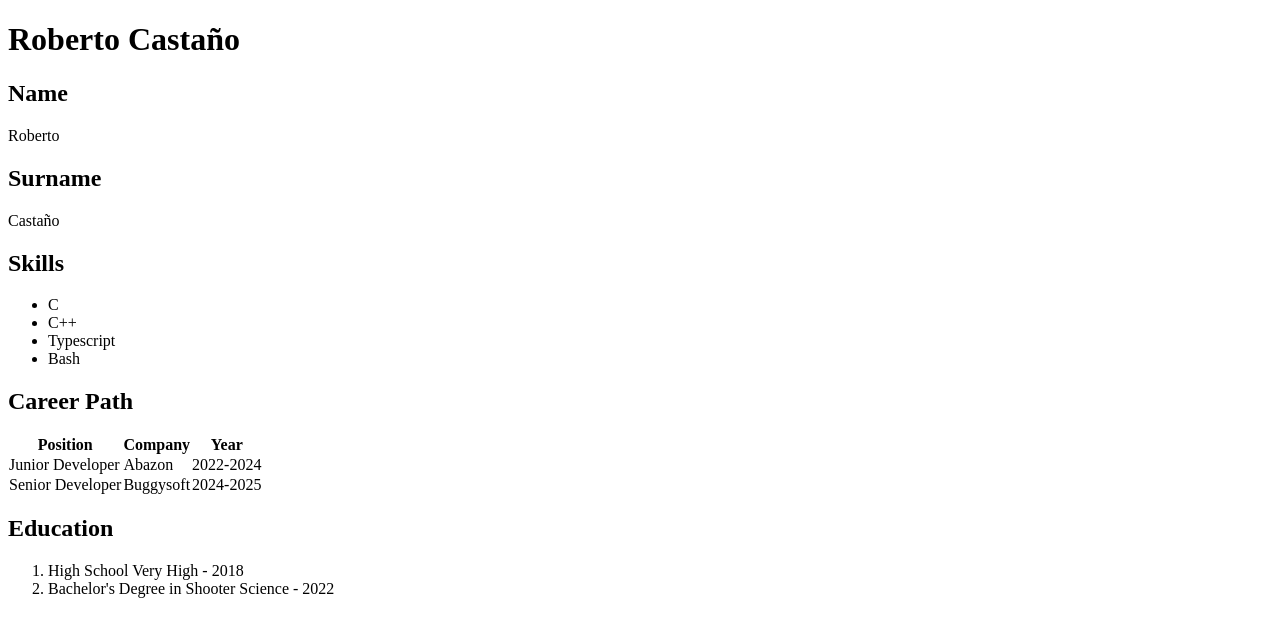
Repository: cronopi/django
Page: Training-Python-Django-0 1/ex01/cv.html
These files come from the project's save history. The page is drawn as it stood at one moment and after the next save; the edit follows.
The browser window is 1280 px wide. The pictures show the whole page.

Above is the page before, as saved 2026-03-10 12:42:14.

### Training-Python-Django-0 1/ex01/cv.html
<!DOCTYPE html>
<html>

<head>
	<title>Resume - Roberto Castaño</title>
	<style>
		table {
			border-collapse: collapse;
			border 1px solid black;
		}
	</style>
</head>

<body>
	<h1>Roberto Castaño</h1>

	<h2>Name</h2>
	<p>Roberto</p>
	<h2>Surname</h2>
	<p>Castaño</p>

	<h2>Skills</h2>
	<ul>
		<li>C</li>
		<li>C++</li>
		<li>Typescript</li>
		<li>Bash</li>
	</ul>

	<h2>Career Path</h2>
	<table>
		<tr>
			<th>Position</th>
			<th>Company</th>
			<th>Year</th>
		</tr>
		<tr>
			<td>Junior Developer</td>
			<td>Abazon</td>
			<td>2022-2024</td>
		</tr>
		<tr>
			<td>Senior Developer</td>
			<td>Buggysoft</td>
			<td>2024-2025</td>
		</tr>
	</table>

	<h2>Education</h2>
	<ol>
		<li>High School Very High - 2018</li>
		<li>Bachelor's Degree in Shooter Science - 2022</li>
	</ol>

</body>

</html>

After the next save:
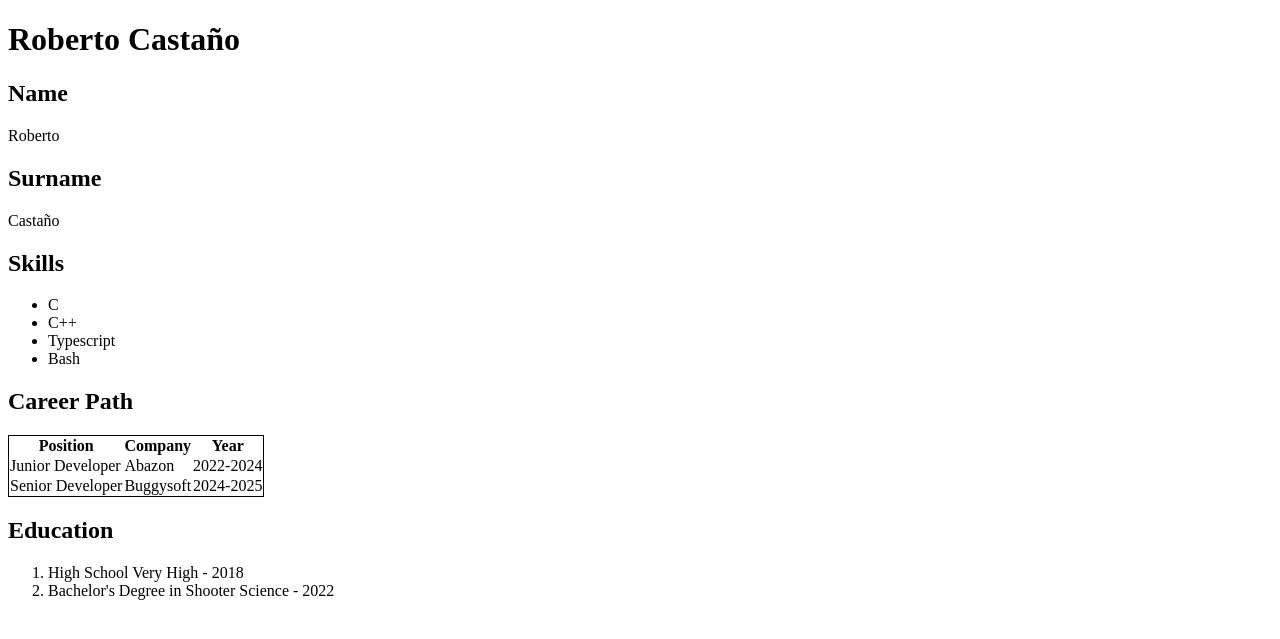
Saved 14 s later.
--- a/Training-Python-Django-0 1/ex01/cv.html
+++ b/Training-Python-Django-0 1/ex01/cv.html
@@ -6,7 +6,7 @@
 	<style>
 		table {
 			border-collapse: collapse;
-			border 1px solid black;
+			border: 1px solid black;
 		}
 	</style>
 </head>
